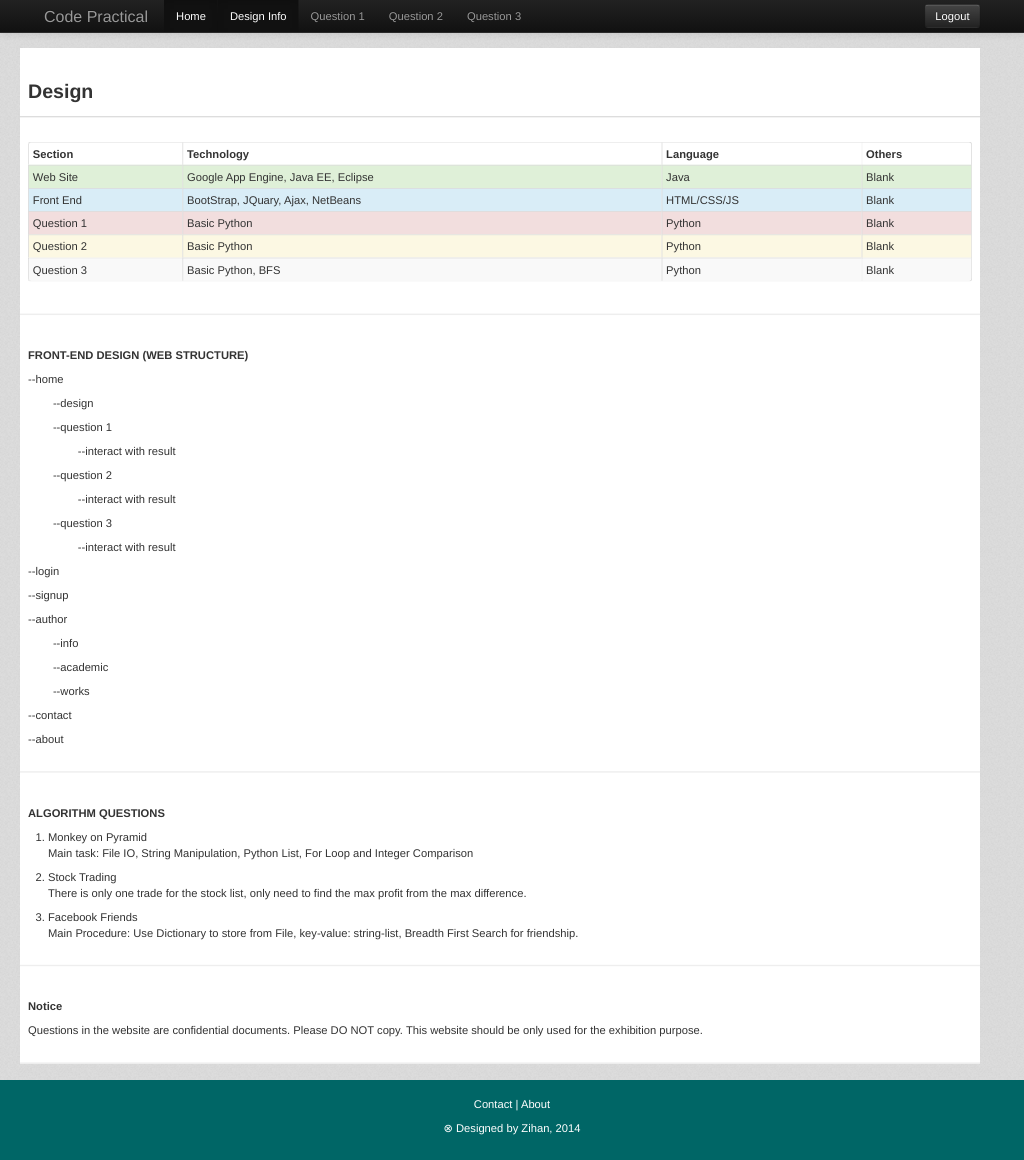
Repository: DataMonster/Java
Page: gweb2/war/contents/bar/design.html
The author's editor kept a copy of each file at every save. The page is drawn from the files as they stood at one save, then again after the next save.
The browser window is 1280 px wide. The pictures show the whole page, at 80% of full size.

Above is the page before, as saved 2014-05-26 22:48:21.

### gweb2/war/contents/bar/design.html
<!DOCTYPE html>
<html lang="en">
  <head>
    <meta charset="utf-8">
    <title>CODE PRACTICE</title>
    <meta name="viewport" content="width=device-width, initial-scale=1.0">
    <meta name="description" content="">
    <meta name="author" content="">

    <link href="../../css/bootstrap.css" rel="stylesheet">
    <style type="text/css">
      body {
        background:url('../../img/bg.gif');
        padding-top: 60px;
      }
    </style>
    <link href="../../css/bootstrap-responsive.css" rel="stylesheet">
     <link href="../../css/global.css" rel="stylesheet">
    <!-- HTML5 shim, for IE6-8 support of HTML5 elements -->
    </head>

  <body>

    <div class="navbar navbar-inverse navbar-fixed-top">
      <div class="navbar-inner">
        <div class="container">
          <a class="brand" href="../../index.html">Code Practical</a>
          <div class="nav-collapse collapse">
            <ul class="nav">
              <li class="active"><a href="../../index.html">Home</a></li>
              <li class="active"><a href="design.html"> Design Info</a></li>
              <li><a href="question1.html">Question 1</a></li>
              <li><a href="question2.html">Question 2</a></li>
              <li><a href="question3.html">Question 3</a></li>

            </ul>
              <div class="pull-right">
                  <a class="btn btn-inverse">Logout</a>
              </div>
          </div>
        </div>
      </div>
    </div>

    <div class="container">

      <div class="row">
              <div class="content">
                    <div class="content-header">
                        <br>
                        <h3>Design</h3>
                    </div>
                    <div class="content-list" >

                        <table class="table table-condensed table-striped table-hover table-bordered">
            <thead>
                <tr>
                    <th>Section</th>
                    <th>Technology</th>
                    <th>Language</th>
                    <th>Others</th>
                </tr>
            </thead>
            <tbody>
                <tr class="success">
                    <td>Web Site</td>
                    <td>Google App Engine, Java EE, Eclipse</td>
                    <td>Java</td>
                    <td>Blank</td>
                </tr>
                <tr class="info">
                    <td>Front End</td>
                    <td>BootStrap, JQuary, Ajax, NetBeans</td>
                    <td>HTML/CSS/JS</td>
                    <td>Blank</td>
                </tr>
                <tr class="error">
                    <td>Question 1</td>
                    <td>Basic Python</td>
                    <td>Python</td>
                    <td>Blank</td>
                </tr>
                <tr class="warning">
                    <td>Question 2</td>
                    <td>Basic Python</td>
                    <td>Python</td>
                    <td>Blank</td>
                </tr>
                <tr>
                    <td>Question 3</td>
                    <td>Basic Python, BFS</td>
                    <td>Python</td>
                    <td>Blank</td>
                </tr>
            </tbody>
        </table>
             </div>

                    <div class="content-list" >
                        <h5>FRONT-END DESIGN (WEB STRUCTURE)</h5>
                        <p>--home</p>
                        <p> &nbsp; &nbsp; &nbsp; &nbsp; --design</p>
                        <p> &nbsp; &nbsp; &nbsp; &nbsp; --question 1</p>
                        <p> &nbsp; &nbsp; &nbsp; &nbsp; &nbsp; &nbsp; &nbsp; &nbsp; --interact with result</p>
                        <p> &nbsp; &nbsp; &nbsp; &nbsp; --question 2</p>
                        <p> &nbsp; &nbsp; &nbsp; &nbsp; &nbsp; &nbsp; &nbsp; &nbsp; --interact with result</p>
                        <p> &nbsp; &nbsp; &nbsp; &nbsp; --question 3</p>
                        <p> &nbsp; &nbsp; &nbsp; &nbsp; &nbsp; &nbsp; &nbsp; &nbsp; --interact with result</p>
                        <p>--login</p>
                        <p>--signup</p>
                        <p>--author</p>
                        <p> &nbsp; &nbsp; &nbsp; &nbsp; --info</p>
                        <p> &nbsp; &nbsp; &nbsp; &nbsp; --academic</p>
                        <p> &nbsp; &nbsp; &nbsp; &nbsp; --works</p>
                        <p>--contact</p>
                        <p>--about</p>
                    </div>
                    <div class="content-list" >
                        <h5>ALGORITHM QUESTIONS</h5>
                        <ol>
                           <li>Monkey on Pyramid
                           <p>Main task: File IO, String Manipulation, Python List, For Loop and Integer Comparison</p>
                           </li>
                           <li>Stock Trading
                           <p>There is only one trade for the stock list, only need to find the max profit from the max difference.</p>
                           </li>
                           <li>Facebook Friends
                               <p>Main Procedure: Use Dictionary to store from File, key-value: string-list, Breadth First Search for friendship.</p>
                           </li>
                        </ol>
                        <p></p>

                    </div>
                  <div class="content-list">
                         <h5>Notice </h5>
                         <p>Questions in the website are confidential documents. Please DO NOT copy. This website should be only used for the exhibition purpose.</p>
                  </div>
              </div>
      </div>
    </div>
      <!--footer-->
      <div class="footer">
          <p>
              <a>Contact   </a>|
              <a>  About</a>
          </p>
          <p>&CircleTimes;  Designed by Zihan, 2014</p>
      </div>
      <!--/footer-->
    <!-- Placed at the end of the document so the pages load faster -->
    <script src="../../js/jquery.js"></script>
    <script src="../../js/bootstrap.js"></script>

  </body>
</html>

### gweb2/war/css/global.css
/*footer*/
.footer{width:100%;background:#006666;height:80px;margin-top: 20px;color:white;text-align: center;padding-top: 20px;}
.footer a{color:white;}
/*footer*/

/*content*/
.content{width:100%;min-height: 700px;background: #fff;}
.content .content-header{border-bottom: 2px solid #ddd;padding-top: 5px;}
.content .content-header h3{margin-left:10px;}
.content-list{background:#fff;height:auto;padding-top:30px;padding-left: 10px;padding-bottom: 20px;padding-right: 10px;border-bottom: 2px solid #eee;}
.content-others{padding:10px;}
/*content*/

/*content-right*/
.content-right{width:100%;min-height: 700px;background: #fff;padding-top: 20px;}
.content-right .user_info{padding: 20px;background: #fff;}
.content-right .user_info h4{border-bottom: 2px solid #ddd;padding-bottom: 1px;}
/*content-right*/

Loaded but not shown: gweb2/war/css/bootstrap.css (library); gweb2/war/css/bootstrap-responsive.css (library); gweb2/war/js/jquery.js (library); gweb2/war/js/bootstrap.js (library)

After the next save:
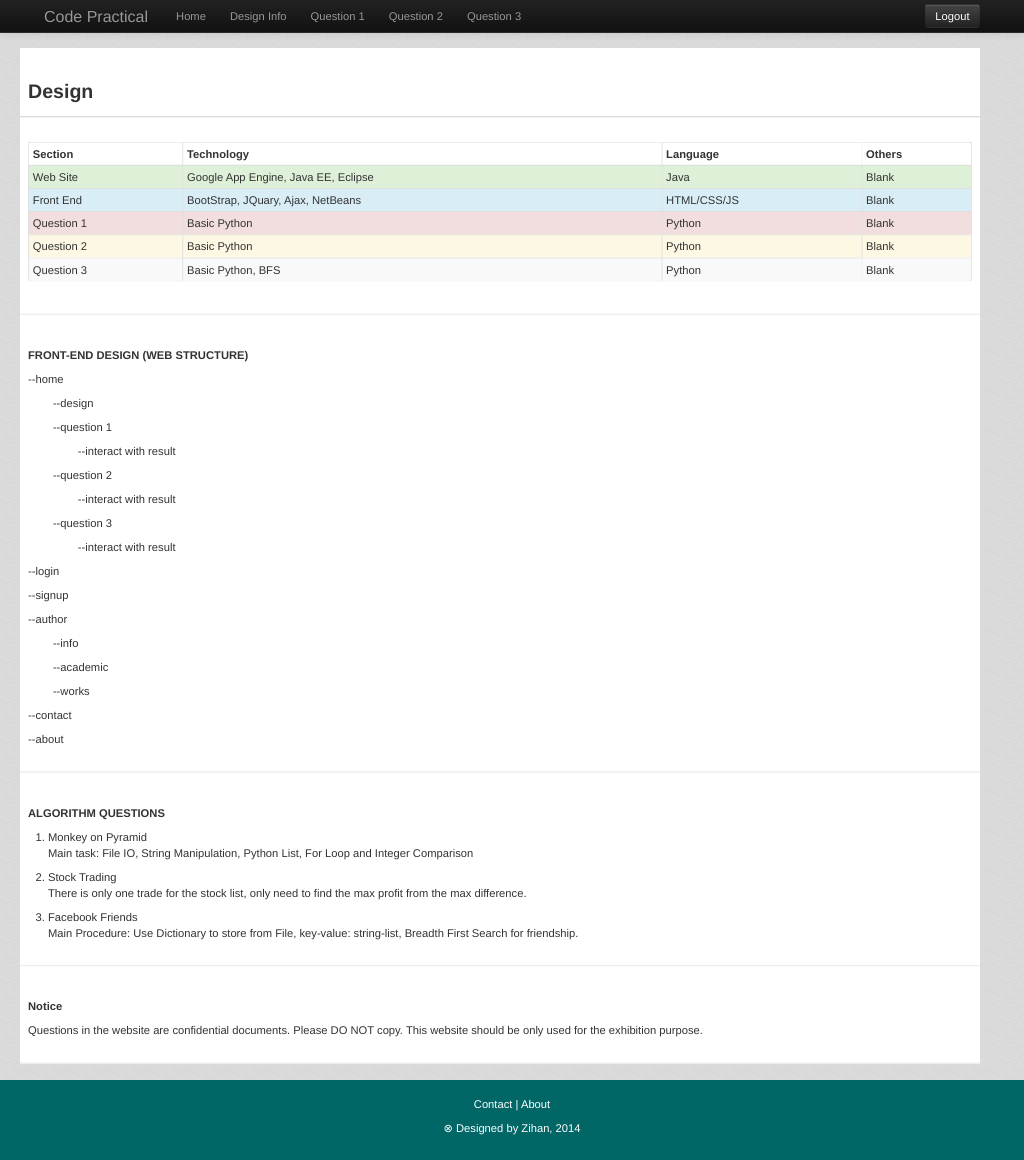
Saved 24 s later.
--- a/gweb2/war/contents/bar/design.html
+++ b/gweb2/war/contents/bar/design.html
@@ -27,8 +27,8 @@
           <a class="brand" href="../../index.html">Code Practical</a>
           <div class="nav-collapse collapse">
             <ul class="nav">
-              <li class="active"><a href="../../index.html">Home</a></li>
-              <li class="active"><a href="design.html"> Design Info</a></li>
+              <li><a href="../../index.html">Home</a></li>
+              <li><a href="design.html"> Design Info</a></li>
               <li><a href="question1.html">Question 1</a></li>
               <li><a href="question2.html">Question 2</a></li>
               <li><a href="question3.html">Question 3</a></li>
